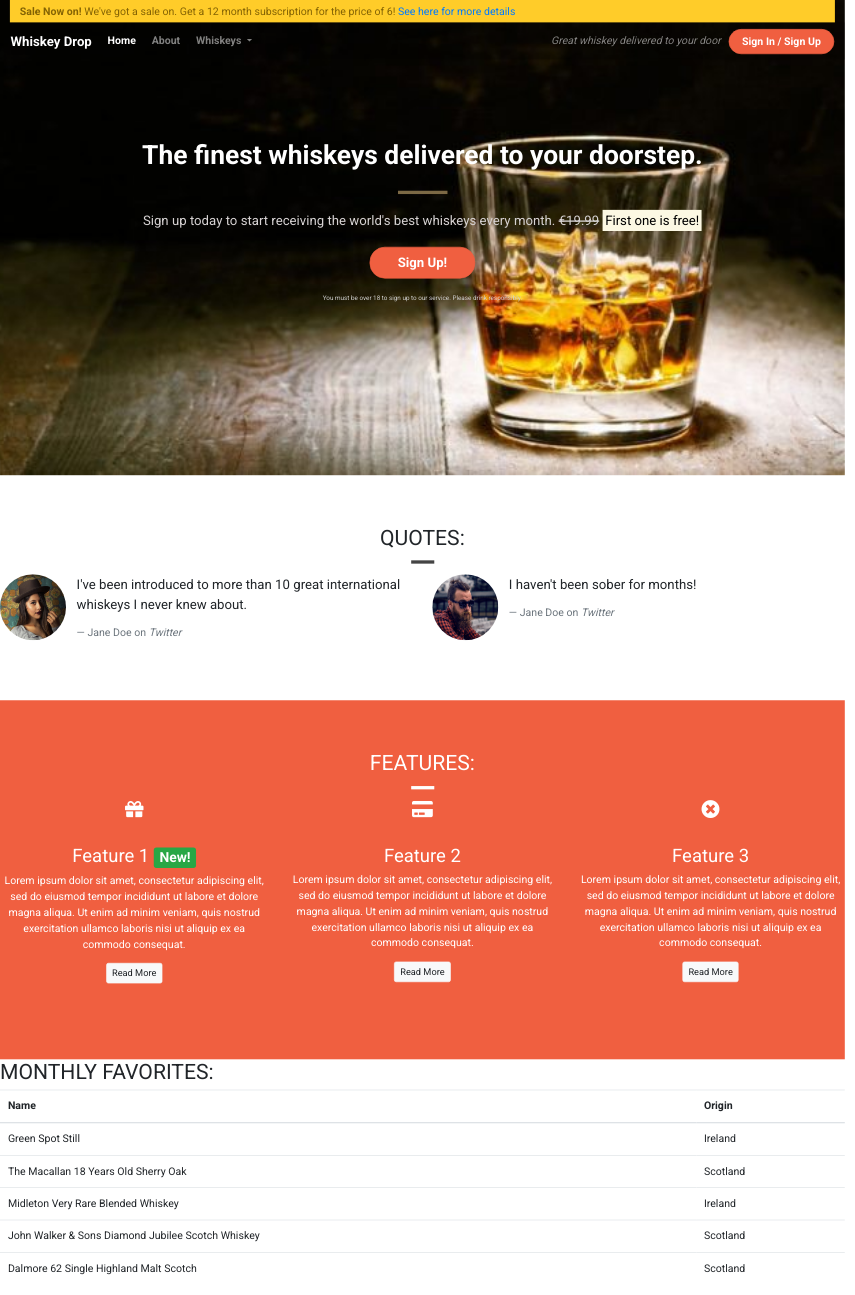
Repository: grisselfaura/BootstrappingYourNextBigIdea-BS4
Page: index.html
The author's editor kept a record of every edit. The page is drawn from the files as they stood at one moment, then again after the next edit.
The browser window is 1280 px wide. The page is 1295 px wide, so the pictures cover 1295 px, including what lies to the right of the window. The pictures show the whole page, at 66% of full size.
Backgrounds fixed to the window are drawn as part of the page. Some web libraries are served in a nearby version.

Above is the page before.

After the next edit:
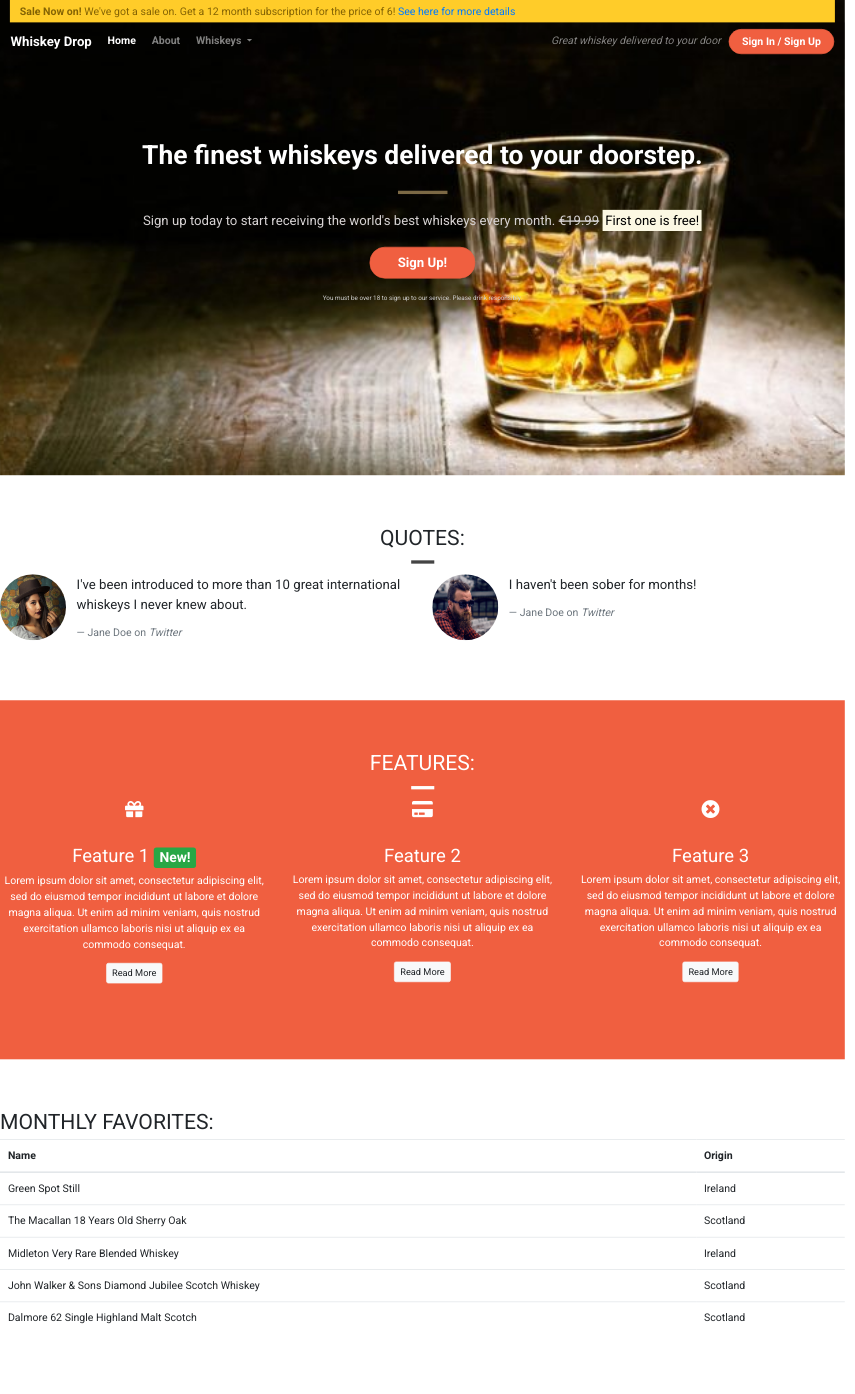
The edit:
--- a/index.html
+++ b/index.html
@@ -155,6 +155,10 @@
         </div>
     </div>
 
+ <!-- Quotes -->
+    <div class="container-wrapper">
+        <div class="cointainer quotes-container content-container">
+
     <section class="Monthly favorites">
         <h2 class="text-uppercase">Monthly favorites:</h2>
         <table class="table">
